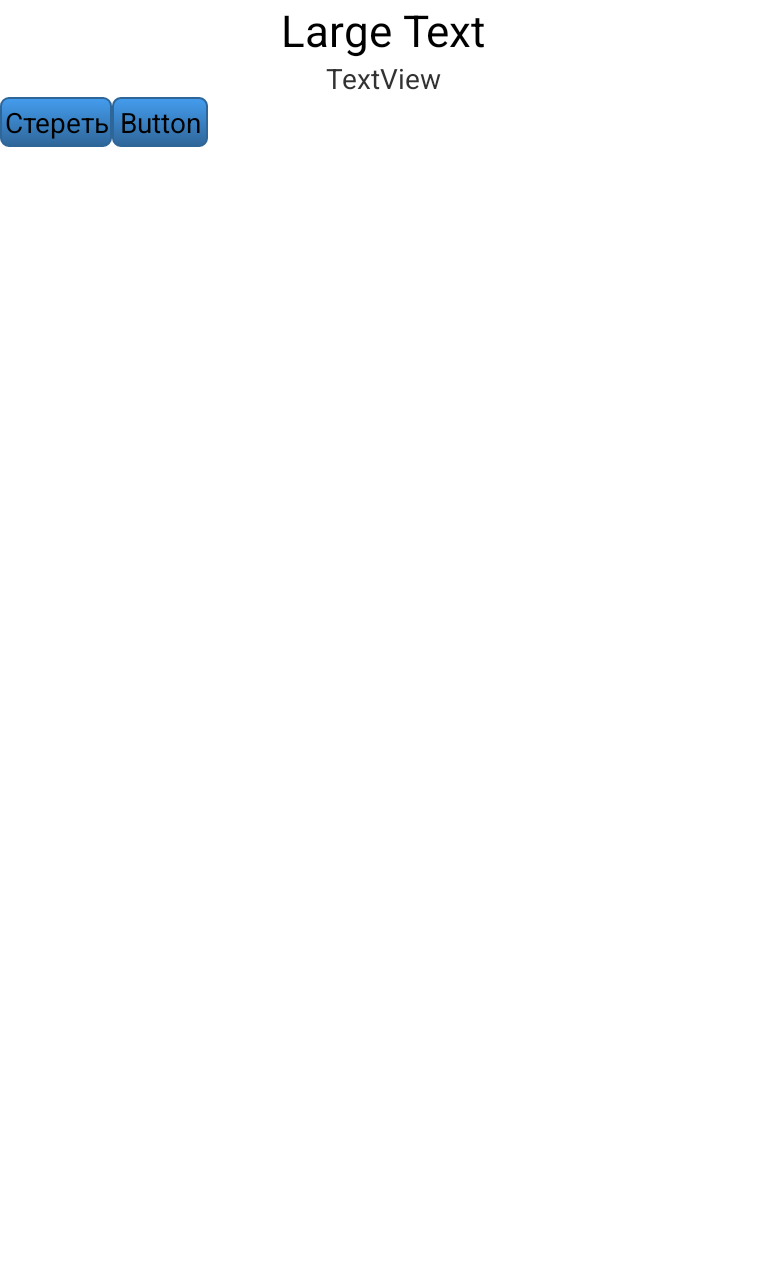
Repository: pcombi/android_dev
Layout: EnglishGrammar/res/layout/tests.xml
An editor plug-in stored every save of this project. The layout is shown before and after the next save, followed by the edit.
It is drawn on a 768 x 1280 px phone screen (xhdpi) without system bars, with theme AppTheme; the app's code is not run.

Above is the layout before, as saved 2012-12-29 03:57:44.

After the next save:
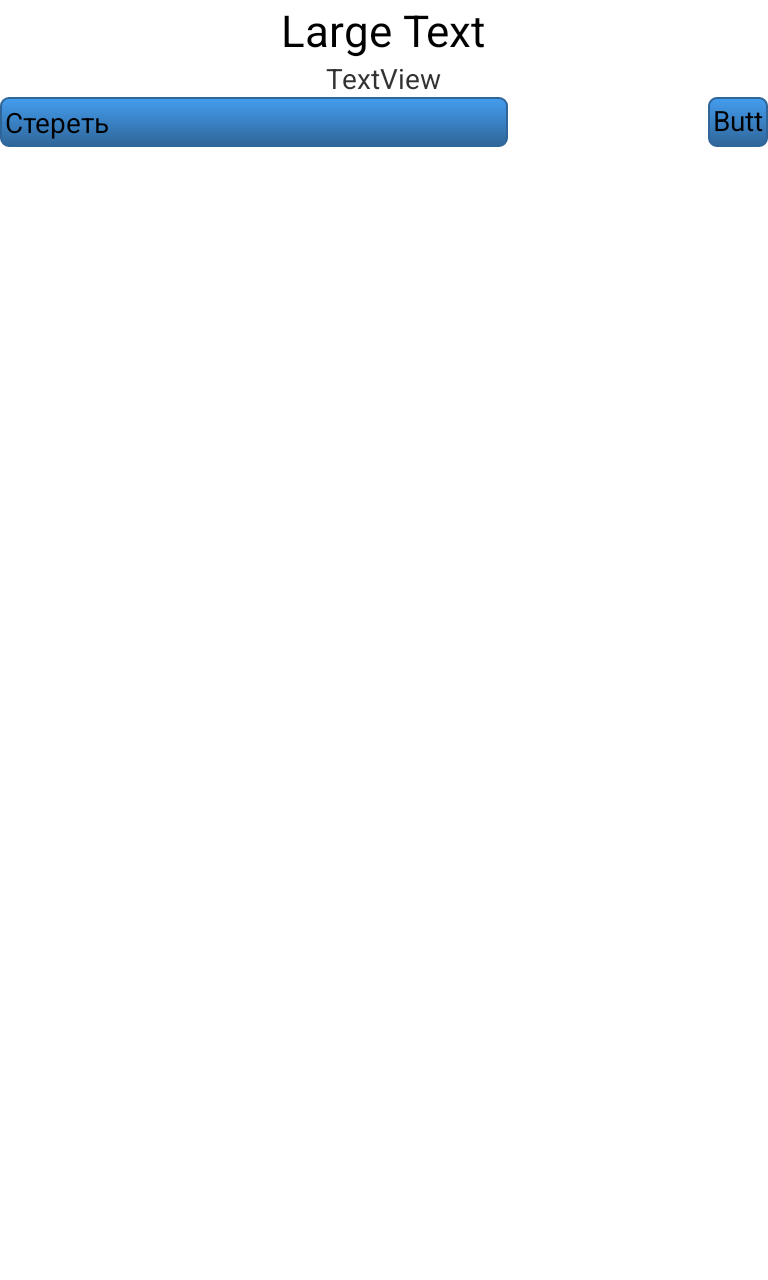
Saved 84 s later.
--- a/EnglishGrammar/res/layout/tests.xml
+++ b/EnglishGrammar/res/layout/tests.xml
@@ -44,6 +44,8 @@
             style="?android:attr/buttonStyleSmall"
             android:layout_width="wrap_content"
             android:background="@drawable/btn_blue"
+            android:layout_marginRight="100"
+            android:paddingRight="200"
             android:layout_height="25dp"
             android:layout_gravity="left"
             android:text="@string/erase" />
